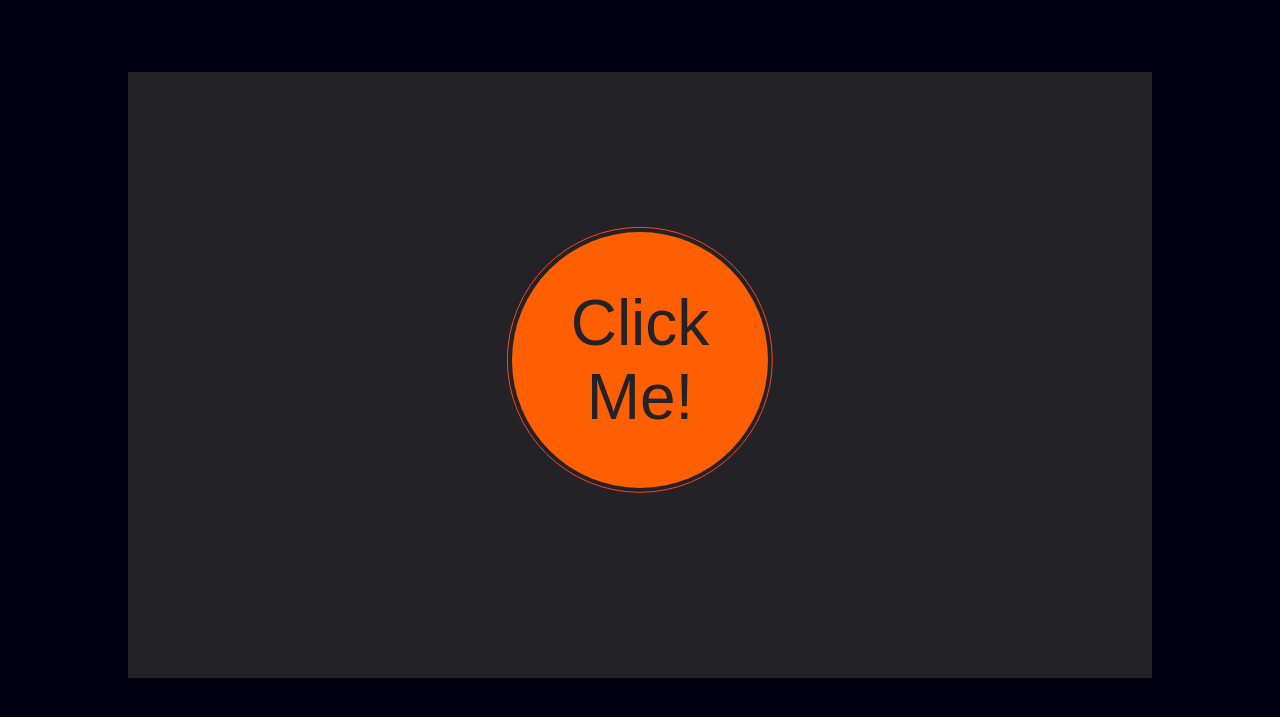
Repository: Francois-QUICODE/CSS-Micro-Projects
Page: Projects/02-Pulsating-Button.html
An editor plug-in stored every save of this project. The page is shown before and after the next save, followed by the edit.
The browser window is 1280 px wide. The pictures show the whole page.
Some web fonts or font styles are not loaded; a fallback is used.

Above is the page before, as saved 2020-11-29 14:30:42.

### Projects/02-Pulsating-Button.html
<!DOCTYPE html>
<html lang="fr">
  <head>
    <meta charset="UTF-8" />
    <title>Pulsating Button</title>
  </head>
  <body>
    <div class="container">
      <button class="pulsating-button">Click Me!</button>
      <div class="pulsation"></div>
    </div>
    <style>
      @import url("https://fonts.googleapis.com/css2?family=Alatsi&display=swap");

      body {
        background-color: #000014;
        width: 80vw;
        max-width: 1024px;
        margin: auto;
        color: #e5e1e1;
        padding-top: 10vh;
        font-family: "Alatsi", sans-serif;
      }

      .container {
        background-color: #222227;
        padding: 15px;
        display: flex;
        height: 80vh;
      }

      .pulsating-button,
      .pulsation {
        position: absolute;
        top: 50%;
        left: 50%;
        transform: translate(-50%, -50%);
        border-radius: 50%;
        font-size: 5vw;
        width: 20vw;
        height: 20vw;
        border: none;
        background-color: #ff5f00;
        color: #222227;
      }

      .pulsating-button {
        z-index: 2;
      }

      .pulsation {
        background-color: #222227;
        border: 1px solid #ff5f00;
        z-index: 1;
        animation: pulsating 800ms ease infinite;
      }

      .pulsation:hover {
        animation: none;
      }

      @keyframes pulsating {
        66% {
          width: 21vw;
          height: 21vw;
          border-color: #ff3333;
        }

        100% {
          width: 25vw;
          height: 25vw;
          border-color: inherit;
        }
      }
    </style>
  </body>
</html>

After the next save:
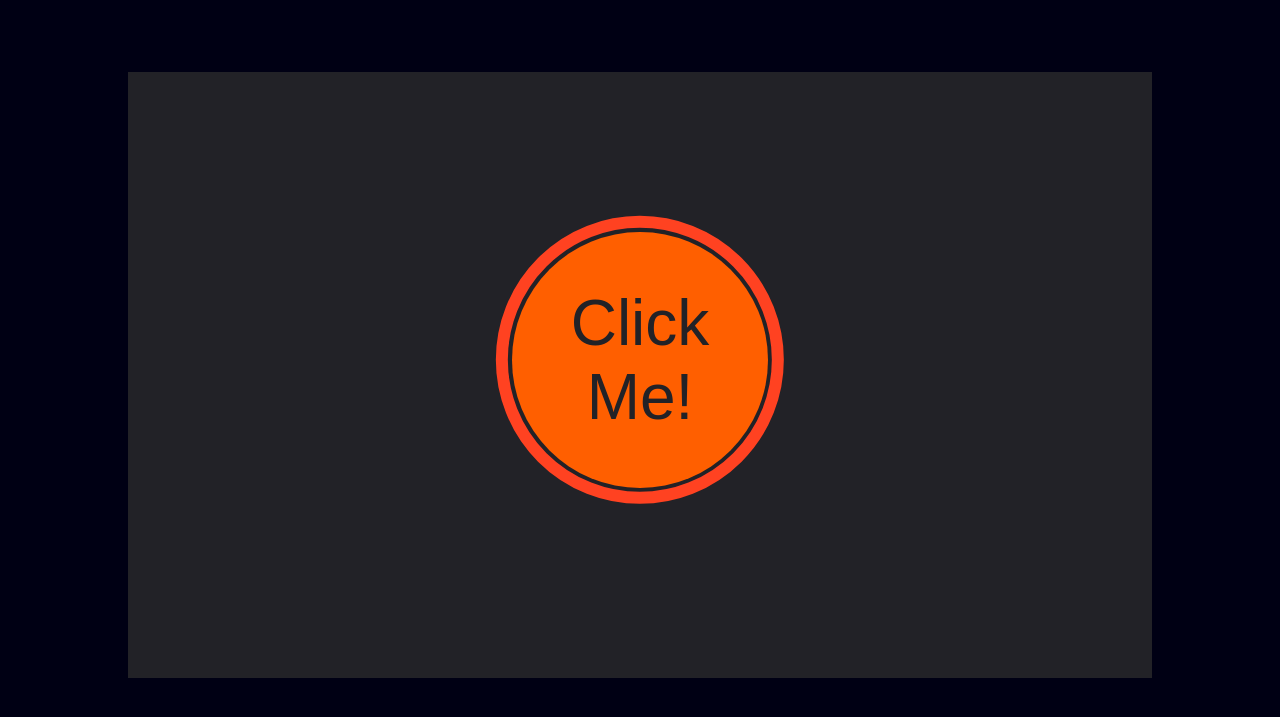
Saved 11 s later.
--- a/Projects/02-Pulsating-Button.html
+++ b/Projects/02-Pulsating-Button.html
@@ -50,7 +50,7 @@
 
       .pulsation {
         background-color: #222227;
-        border: 1px solid #ff5f00;
+        border: 1vw solid #ff5f00;
         z-index: 1;
         animation: pulsating 800ms ease infinite;
       }
